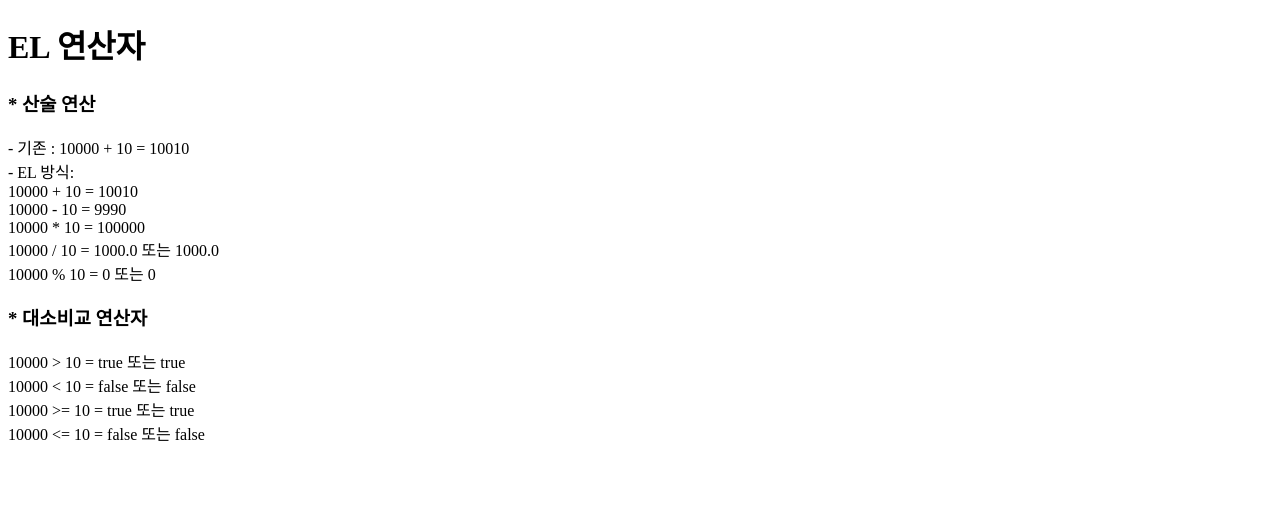
Repository: yoonseo0832/workspace
Page: http://localhost/2_jsp/operator.do
The author's editor kept a copy of each file at every save. The page is drawn from the files as they stood at one save, then again after the next save.
The browser window is 1280 px wide. The pictures show the whole page.
The page is served by Tomcat 9.

Above is the page before, as saved 2025-03-21 01:03:55.

After the next save:
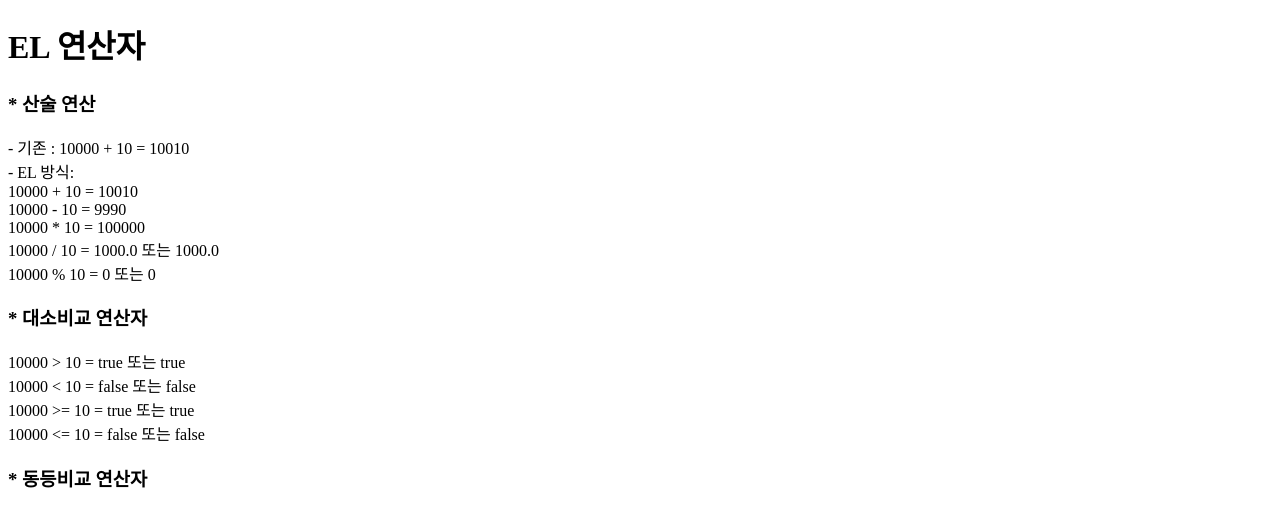
Saved 24 s later.
--- a/05_server/2_jsp/src/main/webapp/views/2_EL/2_elOperator.jsp
+++ b/05_server/2_jsp/src/main/webapp/views/2_EL/2_elOperator.jsp
@@ -27,5 +27,7 @@
 	10000 &lt; 10 = ${big < small} 또는 ${big lt small }	<!-- 결과: false --><br>
 	10000 &gt;= 10 = ${big >= small} 또는 ${big ge small }	<!-- 결과: true --><br>
 	10000 &lt;= 10 = ${big <= small} 또는 ${big le small }	<!-- 결과: false -->
+
+	<h3>* 동등비교 연산자</h3>
 </body>
 </html>
